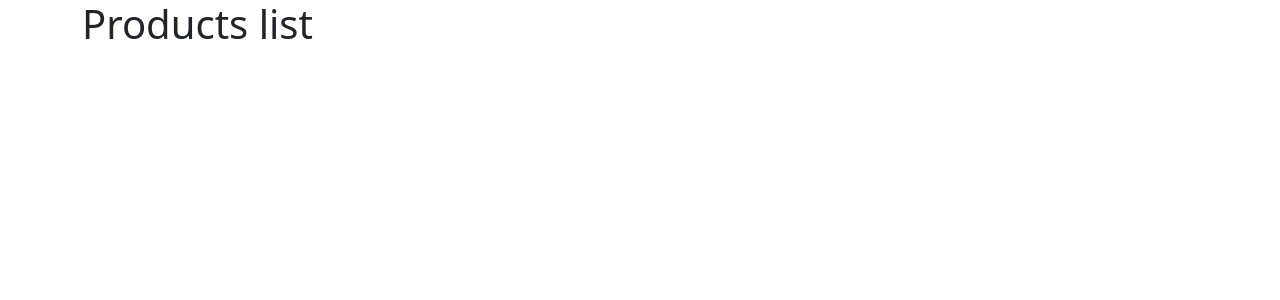
Repository: raigorx/CRUD-Laravel-Example
Page: http://localhost/products
These files come from the project's save history. The page is drawn as it stood at one moment and after the next save; the edit follows.
The browser window is 1280 px wide. The pictures show the whole page.
The page is served by the project's Laravel application, run on PHP 8.4 with Laravel 12. Other server files are loaded and not shown. Queries for data that is not in the repository find no rows.

Above is the page before, as saved 2024-11-10 06:22:01.

### routes/web.php
<?php

use App\Http\Controllers\ProductController;
use Illuminate\Support\Facades\Route;

Route::get('/', function () {
    return view('welcome');
});

Route::get('/products', [ProductController::class, 'index'])->name('products.index');

### app/Http/Controllers/ProductController.php
<?php

namespace App\Http\Controllers;

use App\Models\Product;
use Illuminate\Http\Request;

class ProductController extends Controller
{
    /**
     * Display a listing of the resource.
     */
    public function index()
    {
        $products = Product::all();
        return view('products.index', compact('products'));
    }

    /**
     * Show the form for creating a new resource.
     */
    public function create()
    {
        //
    }

    /**
     * Store a newly created resource in storage.
     */
    public function store(Request $request)
    {
        //
    }

    /**
     * Display the specified resource.
     */
    public function show(string $id)
    {
        //
    }

    /**
     * Show the form for editing the specified resource.
     */
    public function edit(string $id)
    {
        //
    }

    /**
     * Update the specified resource in storage.
     */
    public function update(Request $request, string $id)
    {
        //
    }

    /**
     * Remove the specified resource from storage.
     */
    public function destroy(string $id)
    {
        //
    }
}

### resources/views/products/index.blade.php
@extends('layout.app')

@section('title', 'Products list')

@section('content')
<div class="container">
  <h1>Products list</h1>
  @foreach($products as $product)
  <table class="table">
    <thead>
      <tr>
        <th scope="col">#</th>
        <th scope="col">First</th>
        <th scope="col">Last</th>
        <th scope="col">Handle</th>
      </tr>
    </thead>
    <tbody>
      <tr>
        <th scope="row">1</th>
        <td>Mark</td>
        <td>Otto</td>
        <td>@mdo</td>
      </tr>
      <tr>
        <th scope="row">2</th>
        <td>Jacob</td>
        <td>Thornton</td>
        <td>@fat</td>
      </tr>
      <tr>
        <th scope="row">3</th>
        <td colspan="2">Larry the Bird</td>
        <td>@twitter</td>
      </tr>
    </tbody>
  </table>
  @endforeach
</div>

@endsection

### resources/views/layout/app.blade.php
<!doctype html>
<html lang="en">

<head>
  <meta charset="utf-8">
  <meta name="viewport" content="width=device-width, initial-scale=1">
  <title>@yield('title')</title>
  <link href="https://cdn.jsdelivr.net/npm/bootstrap@5.3.3/dist/css/bootstrap.min.css" rel="stylesheet"
    integrity="sha384-QWTKZyjpPEjISv5WaRU9OFeRpok6YctnYmDr5pNlyT2bRjXh0JMhjY6hW+ALEwIH" crossorigin="anonymous">
</head>

<body>
  @yield('content')
  <!-- <h1>Hello, world!</h1> -->
  <script src="https://cdn.jsdelivr.net/npm/bootstrap@5.3.3/dist/js/bootstrap.bundle.min.js"
    integrity="sha384-YvpcrYf0tY3lHB60NNkmXc5s9fDVZLESaAA55NDzOxhy9GkcIdslK1eN7N6jIeHz" crossorigin="anonymous">
  </script>
</body>

</html>

Loaded but not shown: app/Http/Controllers/Controller.php (common file); app/Models/Product.php (common file)

After the next save:
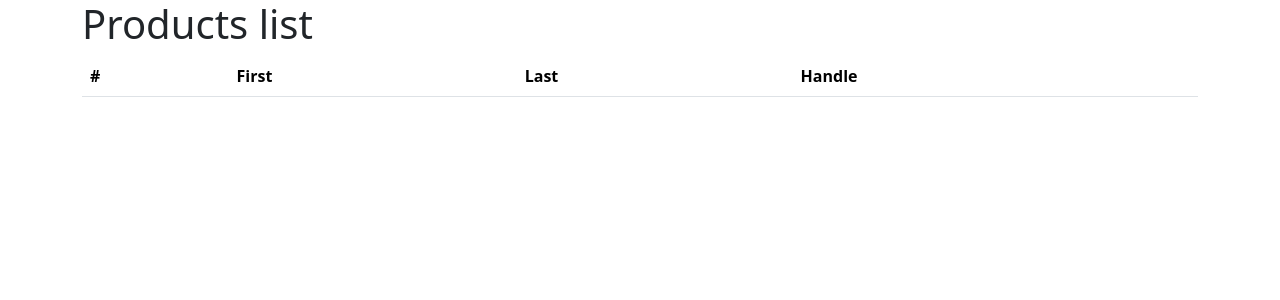
Saved 66 s later.
--- a/resources/views/products/index.blade.php
+++ b/resources/views/products/index.blade.php
@@ -5,7 +5,6 @@
 @section('content')
 <div class="container">
   <h1>Products list</h1>
-  @foreach($products as $product)
   <table class="table">
     <thead>
       <tr>
@@ -16,6 +15,8 @@
       </tr>
     </thead>
     <tbody>
+      @foreach($products as $product)
+
       <tr>
         <th scope="row">1</th>
         <td>Mark</td>
@@ -33,9 +34,10 @@
         <td colspan="2">Larry the Bird</td>
         <td>@twitter</td>
       </tr>
+
+      @endforeach
     </tbody>
   </table>
-  @endforeach
 </div>
 
 @endsection
